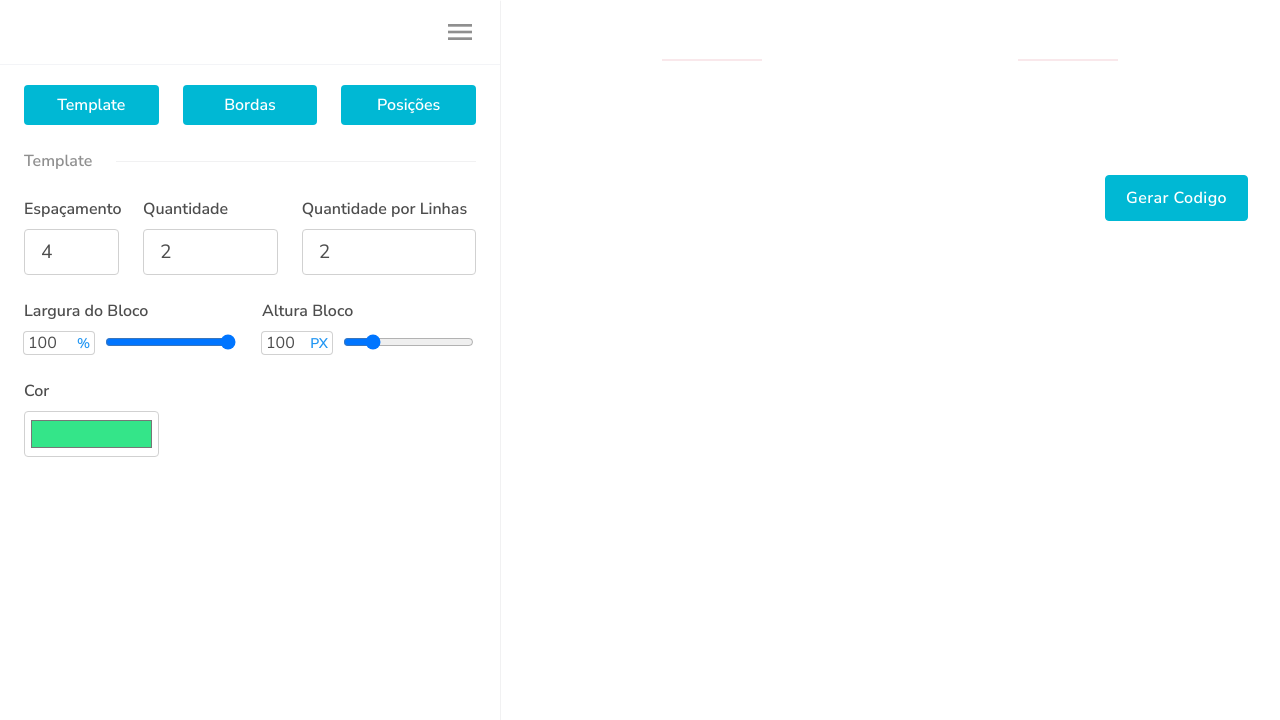
Repository: Flintdl/lowcode-elements
Page: /
An editor plug-in stored every save of this project. The page is shown before and after the next save, followed by the edit.
The browser window is 1280 px wide. The pictures show the whole page.
The project was rebuilt for these pictures with package versions that can differ from the ones it lists, and the page was loaded fresh each time. Also part of the build but not shown: vue.config.js.

Above is the page before, as saved 2022-04-06 15:42:10.

After the next save:
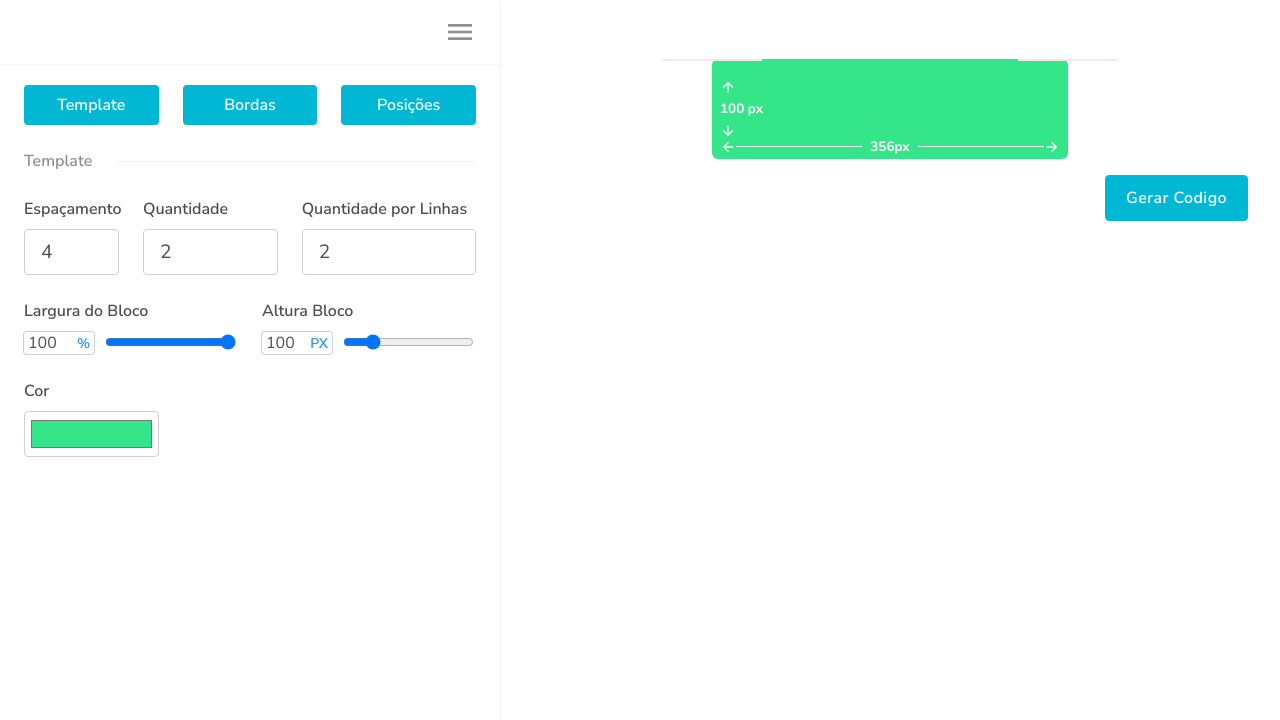
Saved 12 s later.
--- a/src/views/HomeView.vue
+++ b/src/views/HomeView.vue
@@ -30,16 +30,18 @@
               'sf-justify-content-' + checkValue,
             ]"
           >
-            <div v-bind:key="n + '_'" v-for="n of feijao" class="sf-row">
-              <DivGrid
-                v-bind:key="n"
-                v-for="n of quantidade / 2"
-                :tamanho="String(valor)"
-                :altura="String(valorHeight)"
-                :cssDefinido="cssProps"
-                class="sf-position-relative"
-              />
-            </div>
+            <!-- <div v-bind:key="n + '_'" v-for="n of feijao" class="sf-row">
+              a981231
+            </div> -->
+
+            <DivGrid
+              v-bind:key="n"
+              v-for="n of feijao"
+              :tamanho="String(valor)"
+              :altura="String(valorHeight)"
+              :cssDefinido="cssProps"
+              class="sf-position-relative"
+            />
           </div>
         </div>
       </div>
@@ -96,7 +98,9 @@ export default {
   computed: {
     cssProps() {
       return {
-        width: `calc((${this.valor}% - ${this.inputGap}px * ${
+        flex: `${this.quantidade} 1 0%`,
+        "align-self": `${this.checkValue}`,
+        "max-width": `calc((${this.valor}% - ${this.inputGap}px * ${
           this.quantidadeLinha - "1"
         }) / ${this.quantidadeLinha})`,
         height: this.valorHeight + "px",
